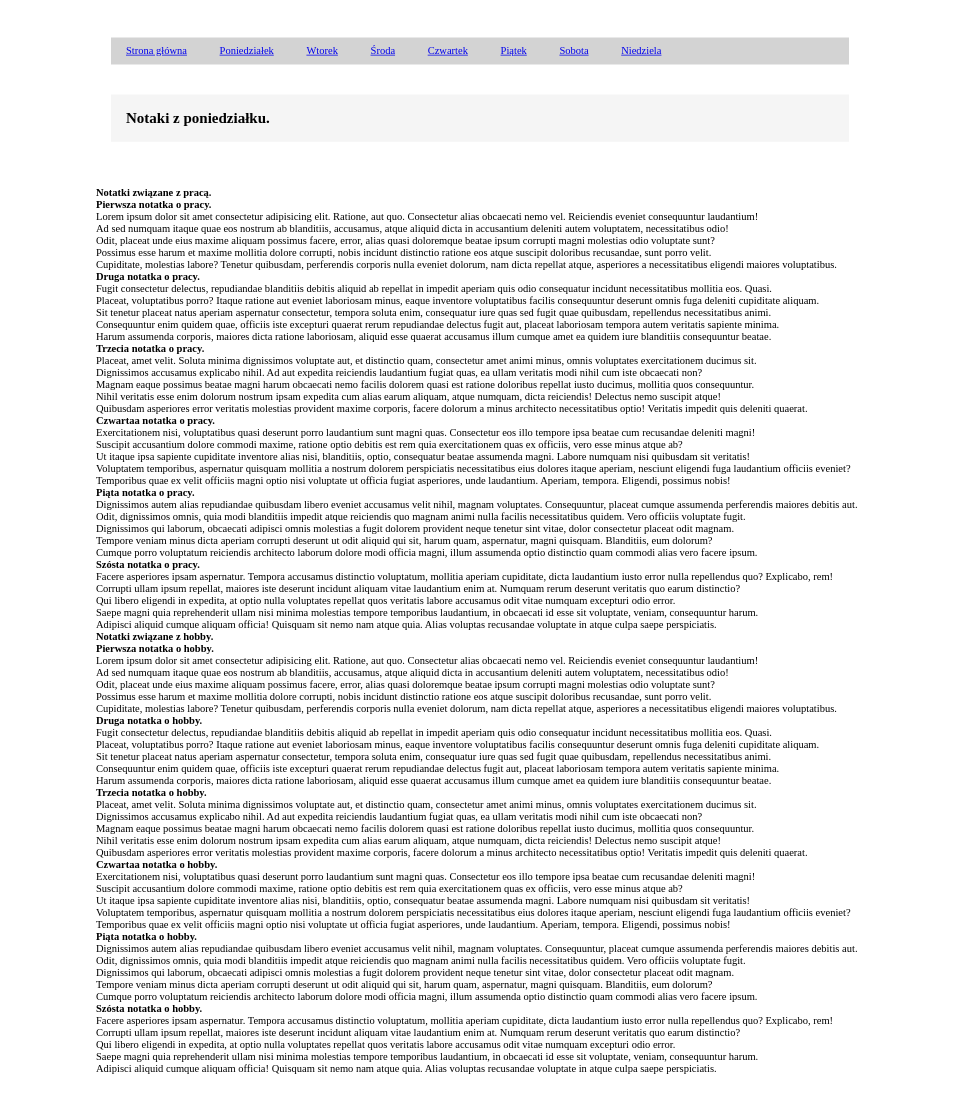
Repository: ArturNatwora/hompage
Page: days/1.html
The author's editor kept a copy of each file at every save. The page is drawn from the files as they stood at one save, then again after the next save.
The browser window is 1280 px wide. The pictures show the whole page, at 75% of full size.

Above is the page before, as saved 2019-06-11 18:14:25.

### days/1.html
<!DOCTYPE html>
<html lang="pl">
  <head>
    <meta charset="UTF-8" />
    <meta name="viewport" content="width=device-width, initial-scale=1.0" />
    <meta http-equiv="X-UA-Compatible" content="ie=edge" />
    <link rel="stylesheet" href="../index.css" />
    <title>Strona domowa w ramach kursu WTf CO TEN FRONTEND.</title>
  </head>
  <body>
    <header class="bodyHeader">
      <nav class="bodyHeader__nav">
        <ul class="bodyHeader__navListLink">
          <li class="bodyHeader__navItemLink">
            <a class="bodyHeader__navLink" href="../index.html"
              >Strona główna</a
            >
          </li>
          <li class="bodyHeader__navItemLink">
            <a class="bodyHeader__navLink" href="./1.html">Poniedziałek</a>
          </li>
          <li class="bodyHeader__navItemLink">
            <a class="bodyHeader__navLink" href="./2.html">Wtorek</a>
          </li>
          <li class="bodyHeader__navItemLink">
            <a class="bodyHeader__navLink" href="./3.html">Środa</a>
          </li>
          <li class="bodyHeader__navItemLink">
            <a class="bodyHeader__navLink" href="./4.html">Czwartek</a>
          </li>
          <li class="bodyHeader__navItemLink">
            <a class="bodyHeader__navLink" href="./5.html">Piątek</a>
          </li>
          <li class="bodyHeader__navItemLink">
            <a class="bodyHeader__navLink" href="./6.html">Sobota</a>
          </li>
          <li class="bodyHeader__navItemLink">
            <a class="bodyHeader__navLink" href="./7.html">Niedziela</a>
          </li>
        </ul>
      </nav>
      <h1 class="bodyHeader__title">Notaki z poniedziałku.</h1>
    </header>
    <main class="main">
      <section class="section">
        <h2 class="section__title">Notatki związane z pracą.</h2>
        <article class="article">
          <h3 class="article__title">Pierwsza notatka o pracy.</h3>
          <p>
            Lorem ipsum dolor sit amet consectetur adipisicing elit. Ratione,
            aut quo. Consectetur alias obcaecati nemo vel. Reiciendis eveniet
            consequuntur laudantium!
          </p>
          <p>
            Ad sed numquam itaque quae eos nostrum ab blanditiis, accusamus,
            atque aliquid dicta in accusantium deleniti autem voluptatem,
            necessitatibus odio!
          </p>
          <p>
            Odit, placeat unde eius maxime aliquam possimus facere, error, alias
            quasi doloremque beatae ipsum corrupti magni molestias odio
            voluptate sunt?
          </p>
          <p>
            Possimus esse harum et maxime mollitia dolore corrupti, nobis
            incidunt distinctio ratione eos atque suscipit doloribus recusandae,
            sunt porro velit.
          </p>
          <p>
            Cupiditate, molestias labore? Tenetur quibusdam, perferendis
            corporis nulla eveniet dolorum, nam dicta repellat atque, asperiores
            a necessitatibus eligendi maiores voluptatibus.
          </p>
        </article>
        <article class="article">
          <h3 class="article__title">Druga notatka o pracy.</h3>
          <p>
            Fugit consectetur delectus, repudiandae blanditiis debitis aliquid
            ab repellat in impedit aperiam quis odio consequatur incidunt
            necessitatibus mollitia eos. Quasi.
          </p>
          <p>
            Placeat, voluptatibus porro? Itaque ratione aut eveniet laboriosam
            minus, eaque inventore voluptatibus facilis consequuntur deserunt
            omnis fuga deleniti cupiditate aliquam.
          </p>
          <p>
            Sit tenetur placeat natus aperiam aspernatur consectetur, tempora
            soluta enim, consequatur iure quas sed fugit quae quibusdam,
            repellendus necessitatibus animi.
          </p>
          <p>
            Consequuntur enim quidem quae, officiis iste excepturi quaerat rerum
            repudiandae delectus fugit aut, placeat laboriosam tempora autem
            veritatis sapiente minima.
          </p>
          <p>
            Harum assumenda corporis, maiores dicta ratione laboriosam, aliquid
            esse quaerat accusamus illum cumque amet ea quidem iure blanditiis
            consequuntur beatae.
          </p>
        </article>
        <article class="article">
          <h3 class="article__title">Trzecia notatka o pracy.</h3>
          <p>
            Placeat, amet velit. Soluta minima dignissimos voluptate aut, et
            distinctio quam, consectetur amet animi minus, omnis voluptates
            exercitationem ducimus sit.
          </p>
          <p>
            Dignissimos accusamus explicabo nihil. Ad aut expedita reiciendis
            laudantium fugiat quas, ea ullam veritatis modi nihil cum iste
            obcaecati non?
          </p>
          <p>
            Magnam eaque possimus beatae magni harum obcaecati nemo facilis
            dolorem quasi est ratione doloribus repellat iusto ducimus, mollitia
            quos consequuntur.
          </p>
          <p>
            Nihil veritatis esse enim dolorum nostrum ipsam expedita cum alias
            earum aliquam, atque numquam, dicta reiciendis! Delectus nemo
            suscipit atque!
          </p>
          <p>
            Quibusdam asperiores error veritatis molestias provident maxime
            corporis, facere dolorum a minus architecto necessitatibus optio!
            Veritatis impedit quis deleniti quaerat.
          </p>
        </article>
        <article class="article">
          <h3 class="article__title">Czwartaa notatka o pracy.</h3>
          <p>
            Exercitationem nisi, voluptatibus quasi deserunt porro laudantium
            sunt magni quas. Consectetur eos illo tempore ipsa beatae cum
            recusandae deleniti magni!
          </p>
          <p>
            Suscipit accusantium dolore commodi maxime, ratione optio debitis
            est rem quia exercitationem quas ex officiis, vero esse minus atque
            ab?
          </p>
          <p>
            Ut itaque ipsa sapiente cupiditate inventore alias nisi, blanditiis,
            optio, consequatur beatae assumenda magni. Labore numquam nisi
            quibusdam sit veritatis!
          </p>
          <p>
            Voluptatem temporibus, aspernatur quisquam mollitia a nostrum
            dolorem perspiciatis necessitatibus eius dolores itaque aperiam,
            nesciunt eligendi fuga laudantium officiis eveniet?
          </p>
          <p>
            Temporibus quae ex velit officiis magni optio nisi voluptate ut
            officia fugiat asperiores, unde laudantium. Aperiam, tempora.
            Eligendi, possimus nobis!
          </p>
        </article>
        <article class="article">
          <h3 class="article__title">Piąta notatka o pracy.</h3>
          <p>
            Dignissimos autem alias repudiandae quibusdam libero eveniet
            accusamus velit nihil, magnam voluptates. Consequuntur, placeat
            cumque assumenda perferendis maiores debitis aut.
          </p>
          <p>
            Odit, dignissimos omnis, quia modi blanditiis impedit atque
            reiciendis quo magnam animi nulla facilis necessitatibus quidem.
            Vero officiis voluptate fugit.
          </p>
          <p>
            Dignissimos qui laborum, obcaecati adipisci omnis molestias a fugit
            dolorem provident neque tenetur sint vitae, dolor consectetur
            placeat odit magnam.
          </p>
          <p>
            Tempore veniam minus dicta aperiam corrupti deserunt ut odit aliquid
            qui sit, harum quam, aspernatur, magni quisquam. Blanditiis, eum
            dolorum?
          </p>
          <p>
            Cumque porro voluptatum reiciendis architecto laborum dolore modi
            officia magni, illum assumenda optio distinctio quam commodi alias
            vero facere ipsum.
          </p>
        </article>
        <article class="article">
          <h3 class="article__title">Szósta notatka o pracy.</h3>
          <p>
            Facere asperiores ipsam aspernatur. Tempora accusamus distinctio
            voluptatum, mollitia aperiam cupiditate, dicta laudantium iusto
            error nulla repellendus quo? Explicabo, rem!
          </p>
          <p>
            Corrupti ullam ipsum repellat, maiores iste deserunt incidunt
            aliquam vitae laudantium enim at. Numquam rerum deserunt veritatis
            quo earum distinctio?
          </p>
          <p>
            Qui libero eligendi in expedita, at optio nulla voluptates repellat
            quos veritatis labore accusamus odit vitae numquam excepturi odio
            error.
          </p>
          <p>
            Saepe magni quia reprehenderit ullam nisi minima molestias tempore
            temporibus laudantium, in obcaecati id esse sit voluptate, veniam,
            consequuntur harum.
          </p>
          <p>
            Adipisci aliquid cumque aliquam officia! Quisquam sit nemo nam atque
            quia. Alias voluptas recusandae voluptate in atque culpa saepe
            perspiciatis.
          </p>
        </article>
      </section>

      <section class="section">
        <h2 class="section__title">Notatki związane z hobby.</h2>
        <article class="article">
          <h3 class="article__title">Pierwsza notatka o hobby.</h3>
          <p>
            Lorem ipsum dolor sit amet consectetur adipisicing elit. Ratione,
            aut quo. Consectetur alias obcaecati nemo vel. Reiciendis eveniet
            consequuntur laudantium!
          </p>
          <p>
            Ad sed numquam itaque quae eos nostrum ab blanditiis, accusamus,
            atque aliquid dicta in accusantium deleniti autem voluptatem,
            necessitatibus odio!
          </p>
          <p>
            Odit, placeat unde eius maxime aliquam possimus facere, error, alias
            quasi doloremque beatae ipsum corrupti magni molestias odio
            voluptate sunt?
          </p>
          <p>
            Possimus esse harum et maxime mollitia dolore corrupti, nobis
            incidunt distinctio ratione eos atque suscipit doloribus recusandae,
            sunt porro velit.
          </p>
          <p>
            Cupiditate, molestias labore? Tenetur quibusdam, perferendis
            corporis nulla eveniet dolorum, nam dicta repellat atque, asperiores
            a necessitatibus eligendi maiores voluptatibus.
          </p>
        </article>
        <article class="article">
          <h3 class="article__title">Druga notatka o hobby.</h3>
          <p>
            Fugit consectetur delectus, repudiandae blanditiis debitis aliquid
            ab repellat in impedit aperiam quis odio consequatur incidunt
            necessitatibus mollitia eos. Quasi.
          </p>
          <p>
            Placeat, voluptatibus porro? Itaque ratione aut eveniet laboriosam
            minus, eaque inventore voluptatibus facilis consequuntur deserunt
            omnis fuga deleniti cupiditate aliquam.
          </p>
          <p>
            Sit tenetur placeat natus aperiam aspernatur consectetur, tempora
            soluta enim, consequatur iure quas sed fugit quae quibusdam,
            repellendus necessitatibus animi.
          </p>
          <p>
            Consequuntur enim quidem quae, officiis iste excepturi quaerat rerum
            repudiandae delectus fugit aut, placeat laboriosam tempora autem
            veritatis sapiente minima.
          </p>
          <p>
            Harum assumenda corporis, maiores dicta ratione laboriosam, aliquid
            esse quaerat accusamus illum cumque amet ea quidem iure blanditiis
            consequuntur beatae.
          </p>
        </article>
        <article class="article">
          <h3 class="article__title">Trzecia notatka o hobby.</h3>
          <p>
            Placeat, amet velit. Soluta minima dignissimos voluptate aut, et
            distinctio quam, consectetur amet animi minus, omnis voluptates
            exercitationem ducimus sit.
          </p>
          <p>
            Dignissimos accusamus explicabo nihil. Ad aut expedita reiciendis
            laudantium fugiat quas, ea ullam veritatis modi nihil cum iste
            obcaecati non?
          </p>
          <p>
            Magnam eaque possimus beatae magni harum obcaecati nemo facilis
            dolorem quasi est ratione doloribus repellat iusto ducimus, mollitia
            quos consequuntur.
          </p>
          <p>
            Nihil veritatis esse enim dolorum nostrum ipsam expedita cum alias
            earum aliquam, atque numquam, dicta reiciendis! Delectus nemo
            suscipit atque!
          </p>
          <p>
            Quibusdam asperiores error veritatis molestias provident maxime
            corporis, facere dolorum a minus architecto necessitatibus optio!
            Veritatis impedit quis deleniti quaerat.
          </p>
        </article>
        <article class="article">
          <h3 class="article__title">Czwartaa notatka o hobby.</h3>
          <p>
            Exercitationem nisi, voluptatibus quasi deserunt porro laudantium
            sunt magni quas. Consectetur eos illo tempore ipsa beatae cum
            recusandae deleniti magni!
          </p>
          <p>
            Suscipit accusantium dolore commodi maxime, ratione optio debitis
            est rem quia exercitationem quas ex officiis, vero esse minus atque
            ab?
          </p>
          <p>
            Ut itaque ipsa sapiente cupiditate inventore alias nisi, blanditiis,
            optio, consequatur beatae assumenda magni. Labore numquam nisi
            quibusdam sit veritatis!
          </p>
          <p>
            Voluptatem temporibus, aspernatur quisquam mollitia a nostrum
            dolorem perspiciatis necessitatibus eius dolores itaque aperiam,
            nesciunt eligendi fuga laudantium officiis eveniet?
          </p>
          <p>
            Temporibus quae ex velit officiis magni optio nisi voluptate ut
            officia fugiat asperiores, unde laudantium. Aperiam, tempora.
            Eligendi, possimus nobis!
          </p>
        </article>
        <article class="article">
          <h3 class="article__title">Piąta notatka o hobby.</h3>
          <p>
            Dignissimos autem alias repudiandae quibusdam libero eveniet
            accusamus velit nihil, magnam voluptates. Consequuntur, placeat
            cumque assumenda perferendis maiores debitis aut.
          </p>
          <p>
            Odit, dignissimos omnis, quia modi blanditiis impedit atque
            reiciendis quo magnam animi nulla facilis necessitatibus quidem.
            Vero officiis voluptate fugit.
          </p>
          <p>
            Dignissimos qui laborum, obcaecati adipisci omnis molestias a fugit
            dolorem provident neque tenetur sint vitae, dolor consectetur
            placeat odit magnam.
          </p>
          <p>
            Tempore veniam minus dicta aperiam corrupti deserunt ut odit aliquid
            qui sit, harum quam, aspernatur, magni quisquam. Blanditiis, eum
            dolorum?
          </p>
          <p>
            Cumque porro voluptatum reiciendis architecto laborum dolore modi
            officia magni, illum assumenda optio distinctio quam commodi alias
            vero facere ipsum.
          </p>
        </article>
        <article class="article">
          <h3 class="article__title">Szósta notatka o hobby.</h3>
          <p>
            Facere asperiores ipsam aspernatur. Tempora accusamus distinctio
            voluptatum, mollitia aperiam cupiditate, dicta laudantium iusto
            error nulla repellendus quo? Explicabo, rem!
          </p>
          <p>
            Corrupti ullam ipsum repellat, maiores iste deserunt incidunt
            aliquam vitae laudantium enim at. Numquam rerum deserunt veritatis
            quo earum distinctio?
          </p>
          <p>
            Qui libero eligendi in expedita, at optio nulla voluptates repellat
            quos veritatis labore accusamus odit vitae numquam excepturi odio
            error.
          </p>
          <p>
            Saepe magni quia reprehenderit ullam nisi minima molestias tempore
            temporibus laudantium, in obcaecati id esse sit voluptate, veniam,
            consequuntur harum.
          </p>
          <p>
            Adipisci aliquid cumque aliquam officia! Quisquam sit nemo nam atque
            quia. Alias voluptas recusandae voluptate in atque culpa saepe
            perspiciatis.
          </p>
        </article>
      </section>
    </main>
    <script src="../index.js"></script>
  </body>
</html>

### index.css

*{
    margin: 0;
    padding: 0;
    box-sizing: border-box;
    font-size: 14px;
}


body{
    width: 80%;
    margin: 30px auto;
}

.bodyHeader {
    width: 100%;
    padding: 20px;
    display: block;
    position: relative;


}
.bodyHeader__nav{
    background: lightgrey;
    width: 100%;
    height: auto;

    display: block;
}
.bodyHeader__navListLink {
    width: 100%;
    list-style: none;
    display: block;
}
.bodyHeader__navItemLink{
    display: inline-block;
    margin: 10px 20px;
}

.bodyHeader__title{
    font-size: 20px;
    display: block;
    margin:40px 0;
    padding: 20px;
    background: whitesmoke;
}

Loaded but not shown: index.js (no copy from this time; the picture is the same without it)

After the next save:
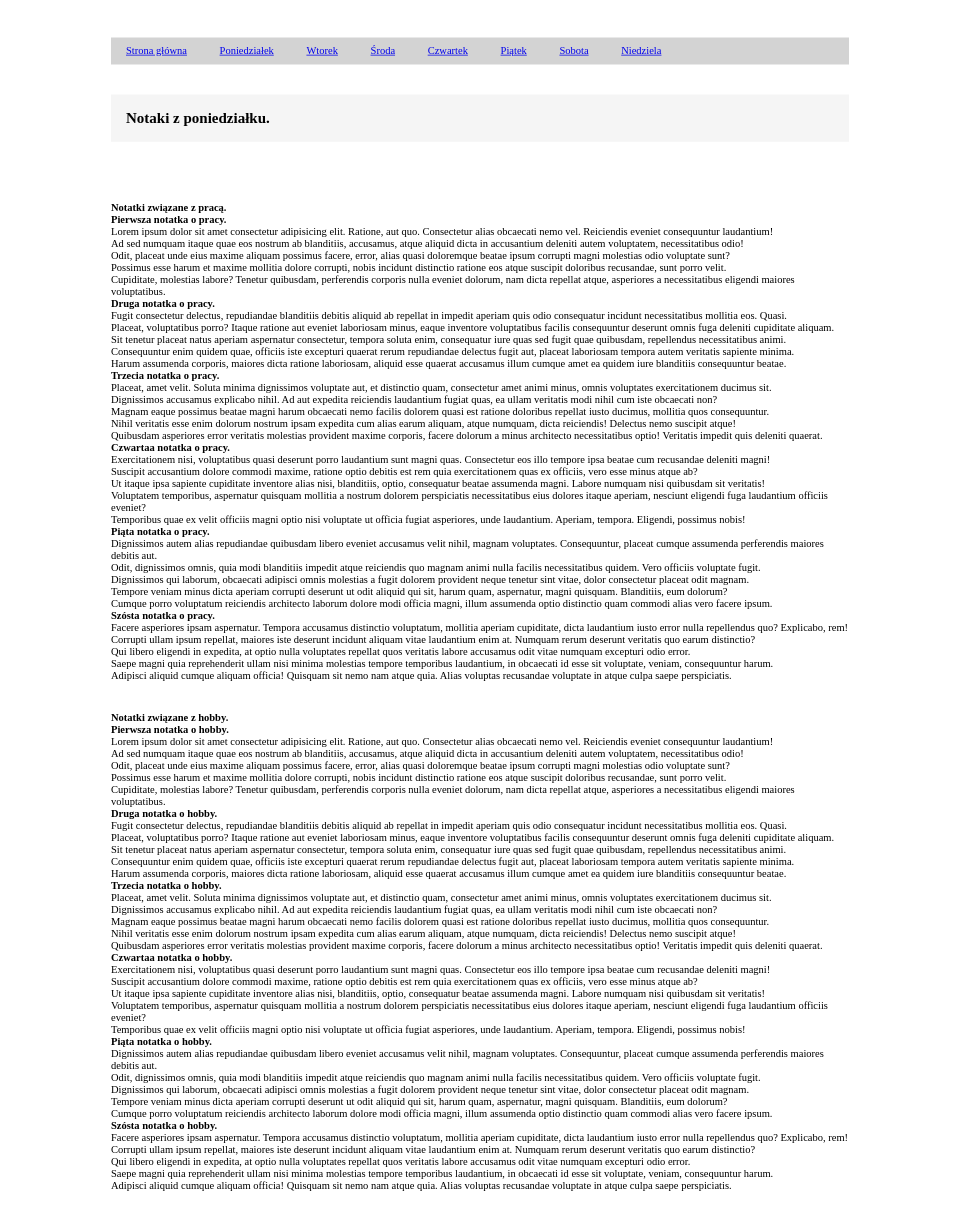
Saved 8 min 50 s later.
--- a/index.css
+++ b/index.css
@@ -44,3 +44,7 @@ body{
     padding: 20px;
     background: whitesmoke;
 }
+.section{
+    padding: 20px;
+    border-radius: 2px solid;
+}
